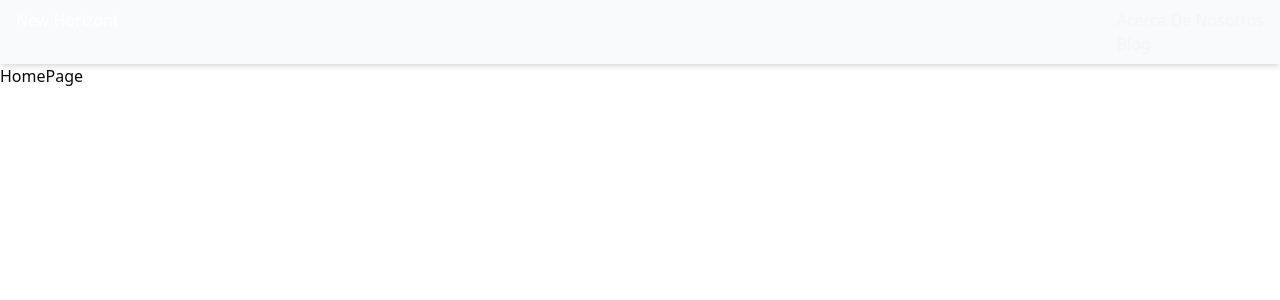
Repository: jefrydep/new-horizont-school
Page: /home
These files come from the project's save history. The page is drawn as it stood at one moment and after the next save; the edit follows.
The browser window is 1280 px wide. The pictures show the whole page.
The project was rebuilt for these pictures with package versions that can differ from the ones it lists, and the page was loaded fresh each time. The framework's server and built-in components were replaced by stand-ins that run in the browser. Also part of the build but not shown: next.config.ts.

Above is the page before, as saved 2024-11-07 19:47:09.

After the next save:
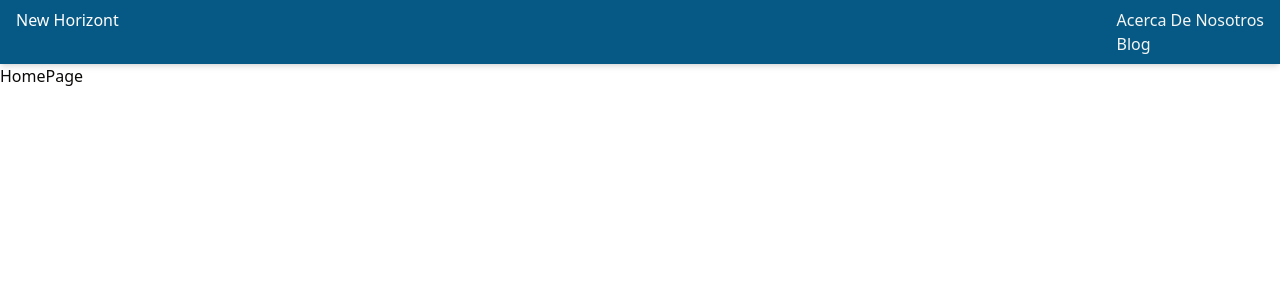
Saved 57 s later.
--- a/src/components/Navbar.tsx
+++ b/src/components/Navbar.tsx
@@ -7,7 +7,7 @@ export default function Navbar() {
   const [isOpen, setIsOpen] = useState<boolean>(false);
 
   return (
-    <header className="bg-slate-50 shadow-md h-16">
+    <header className="bg-sky-800 shadow-md h-16">
       <div className="flex justify-between  m-auto container px-4 py-2">
         <div className="text-white">New Horizont</div>
         <nav className="outline-none hidden sm:block list-none">
